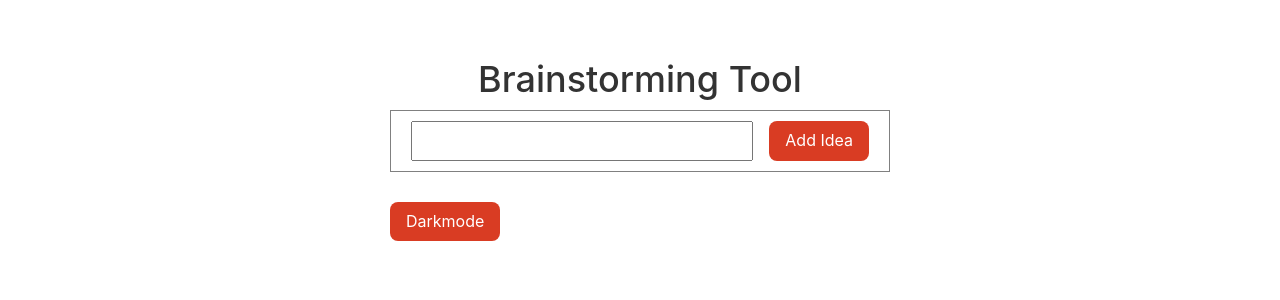
Repository: MateoD-0700/brainstorming-tool-v1
Page: /
These files come from the project's save history. The page is drawn as it stood at one moment and after the next save; the edit follows.
The browser window is 1280 px wide. The pictures show the whole page.
The project was rebuilt for these pictures with package versions that can differ from the ones it lists, and the page was loaded fresh each time.

Above is the page before, as saved 2021-10-14 00:42:45.

After the next save:
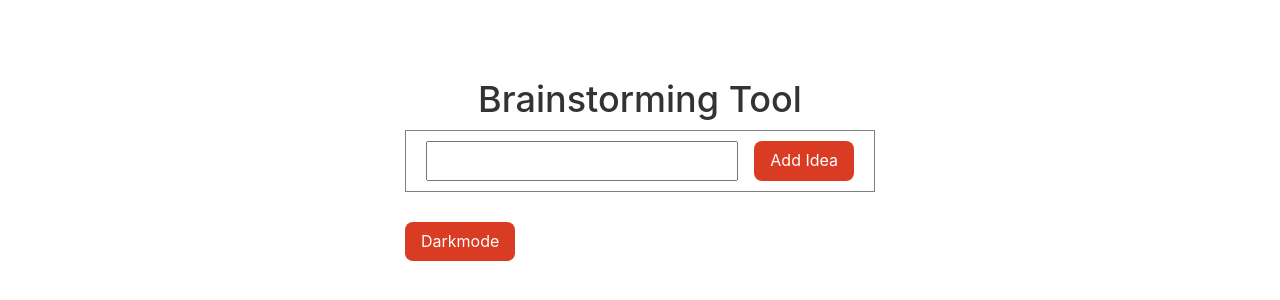
Saved 60 s later.
--- a/src/App.js
+++ b/src/App.js
@@ -78,7 +78,7 @@ const App = () => {
   }
 
   return (
-    <div id="todo-list">
+    <div class="container" id="todo-list">
       <h1>Brainstorming Tool</h1>
       <form onSubmit={handleSubmit}>
         <input
